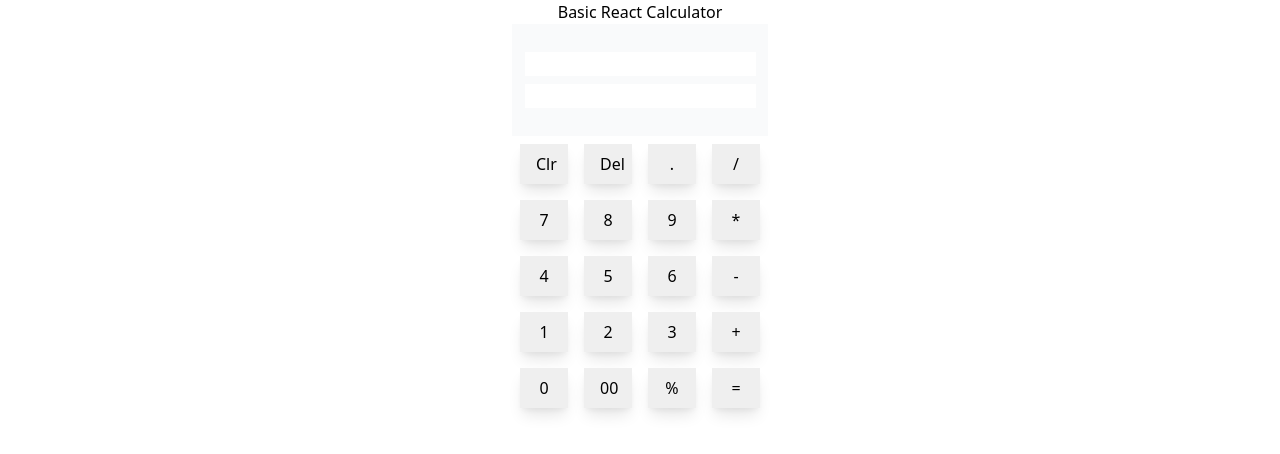
Repository: latenightsnacc/React-Calculator
Page: / (app in docs/react-calculator/)
These files come from the project's save history. The page is drawn as it stood at one moment and after the next save; the edit follows.
The browser window is 1280 px wide. The pictures show the whole page.
The project was rebuilt for these pictures with package versions that can differ from the ones it lists, and the page was loaded fresh each time. Also part of the build but not shown: docs/react-calculator/craco.config.js.

Above is the page before, as saved 2021-11-11 15:49:06.

After the next save:
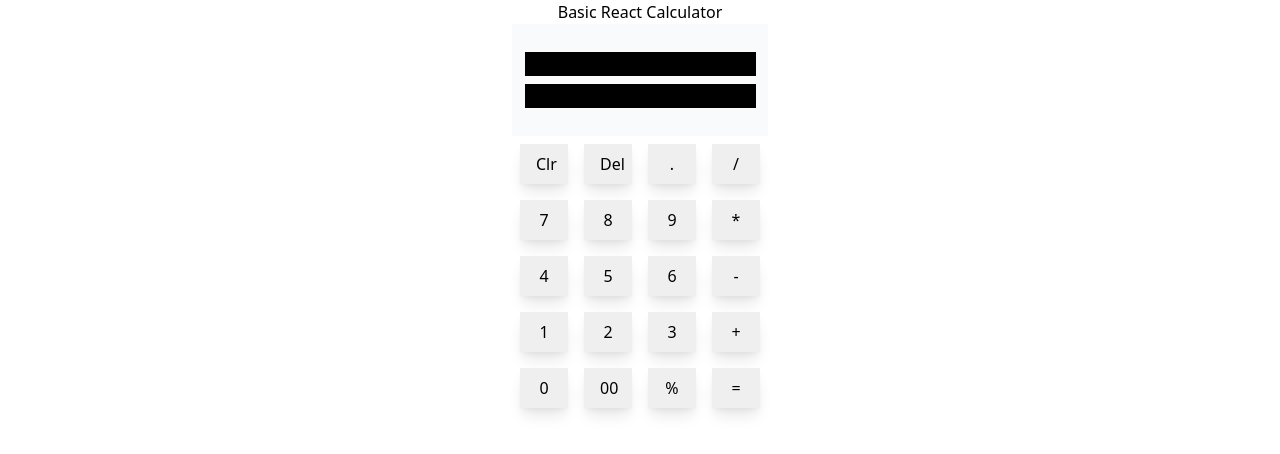
Saved 14 s later.
--- a/docs/react-calculator/src/components/CalculatorOutputRow.js
+++ b/docs/react-calculator/src/components/CalculatorOutputRow.js
@@ -3,7 +3,7 @@ import React from 'react';
 const CalculatorOutputRow = () => {
     return(
         <div className="p-1">
-            <input className="w-full" type="text" readOnly />
+            <input className="bg-black w-full" type="text" readOnly />
         </div>
     )
 }
